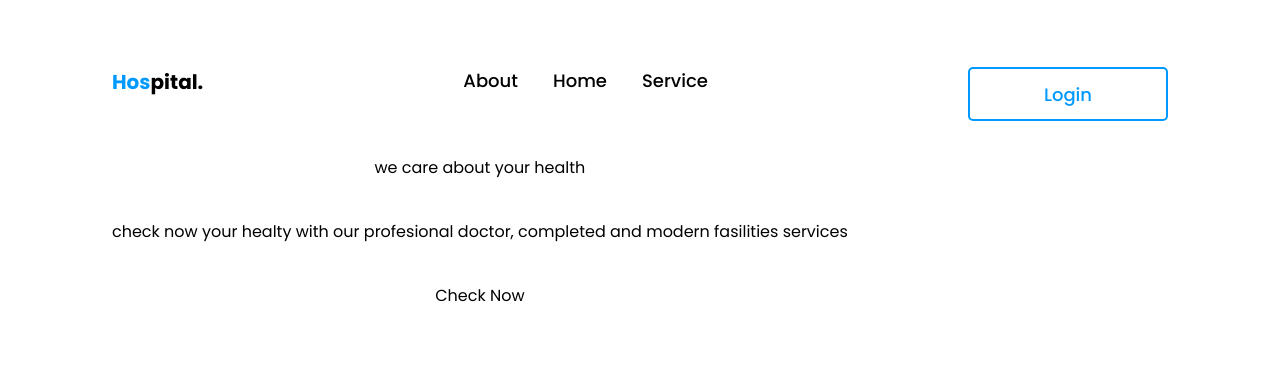
Repository: Chadi2000/hospital-app
Page: /
These files come from the project's save history. The page is drawn as it stood at one moment and after the next save; the edit follows.
The browser window is 1280 px wide. The pictures show the whole page.
Pictures or frames that could not be fetched are drawn as grey boxes. The project was rebuilt for these pictures with package versions that can differ from the ones it lists, and the page was loaded fresh each time. Also part of the build but not shown: vite.config.js.

Above is the page before, as saved 2024-08-03 17:50:04.

After the next save:
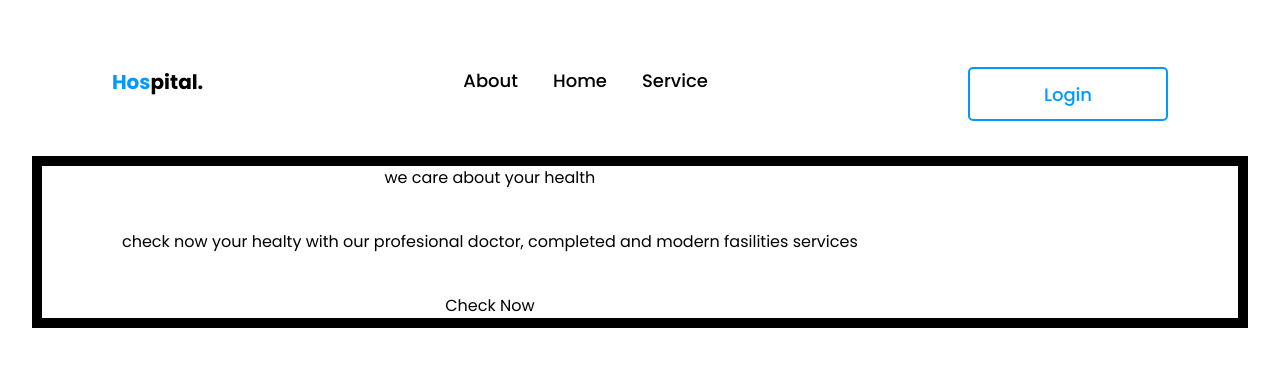
Saved 23 s later.
--- a/src/components/Header.jsx
+++ b/src/components/Header.jsx
@@ -2,9 +2,9 @@ import Doctor from '../assets/doctor1.png'
 
 const Header = () => {
   return (
-    <div className='flex px-[80px]'>
+    <div className='flex px-[80px] border-[10px]'>
 
-      <div className='flex flex-col justify-start items-center gap-10 border-'>
+      <div className='flex flex-col  items-center gap-10 border-'>
         <h1 >we care about your health</h1>
         <p>check now your healty with our profesional doctor, completed and modern fasilities services</p>
         <div>Check Now</div>
